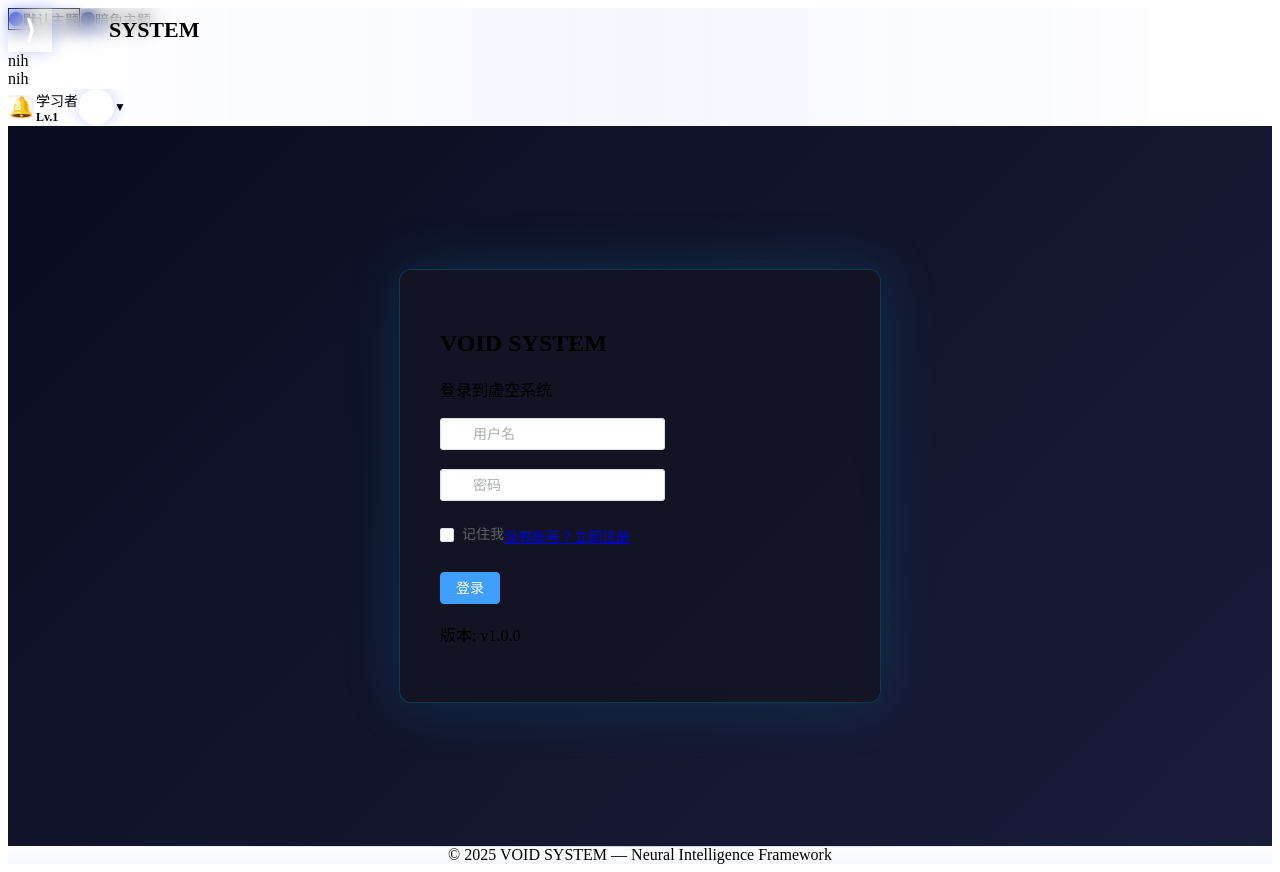
Repository: Void-Creator-Deity/Void-System
Page: /settings (app in void-system-frontend/)
The author's editor kept a copy of each file at every save. The page is drawn from the files as they stood at one save, then again after the next save.
The browser window is 1280 px wide. The pictures show the whole page.
The project was rebuilt for these pictures with package versions that can differ from the ones it lists, and the page was loaded fresh each time. Also part of the build but not shown: void-system-frontend/vite.config.js.

Above is the page before, as saved 2025-11-20 20:26:12.

### void-system-frontend/index.html
<!doctype html>
<html lang="en">
  <head>
    <meta charset="UTF-8" />
    <link rel="icon" type="image/svg+xml" href="/vite.svg" />
    <meta name="viewport" content="width=device-width, initial-scale=1.0" />
    <title>void-system-frontend</title>
  </head>
  <body>
    <div id="app"></div>
    <script type="module" src="/src/main.js"></script>
  </body>
</html>

### void-system-frontend/src/App.vue
<template>
  <div id="app">
    <!-- 加载遮罩 -->
    <div v-if="isLoading" class="loading-overlay">
      <div class="loading"></div>
      <div class="loading-text">系统初始化中...</div>
    </div>

    <!-- 主题切换按钮 -->
    <div class="theme-switcher">
      <button
        v-for="theme in themes"
        :key="theme.id"
        class="theme-btn"
        :class="{ active: currentTheme === theme.id }"
        :style="{ '--theme-color': theme.color }"
        @click="switchTheme(theme.id)"
        :title="theme.name"
      >
        <span class="theme-dot"></span>
        <span class="theme-name">{{ theme.name }}</span>
      </button>
    </div>

    <!-- 系统顶栏 -->
    <header class="header">
      <div class="container flex items-center justify-between">
        <div class="logo-area flex items-center gap-md">
          <div class="logo">
            <span class="logo-symbol">⟩</span>
          </div>
          <h1 class="system-title">
            <span class="title-void">VOID</span>
            <span class="title-system">SYSTEM</span>
          </h1>
        </div>
        <div>nih</div>
        <!-- 桌面端导航 -->
        <nav class="nav-links flex gap-md">
          <NavItem to="/" icon="🏠">首页</NavItem>
          <NavItem to="/ai" icon="⌨️">AI控制台</NavItem>
          <NavItem to="/advisor" icon="🧠">学习顾问</NavItem>
          <NavItem to="/qa" icon="❓">知识问答</NavItem>
          <NavItem to="/settings" icon="⚙️">系统设置</NavItem>
        </nav>
        <div>nih</div>
        <!-- 移动端菜单按钮 -->
        <button class="mobile-menu-btn" @click="toggleMobileMenu">
          <span class="menu-icon">☰</span>
        </button>

        <!-- 用户信息 -->
        <div class="user-area flex items-center gap-md">
          <!-- 通知中心 -->
          <div class="notification-center">
            <button class="notification-btn" @click="handleNotificationClick">
              <span class="notification-icon">🔔</span>
              <span v-if="notificationCount > 0" class="notification-badge">{{ notificationCount }}</span>
            </button>
          </div>

          <!-- 用户信息 -->
          <div class="user-profile flex items-center gap-sm">
            <div class="user-details">
              <div class="user-name">{{ userName }}</div>
              <div class="user-level">Lv.{{ userLevel }}</div>
            </div>
            <div class="user-avatar">
              <span>{{ userAvatar }}</span>
            </div>
            <button class="user-menu-btn" @click="toggleUserMenu">
              <span>▼</span>
            </button>
          </div>

          <!-- 用户下拉菜单 -->
          <div v-if="showUserMenu" class="user-dropdown">
            <div class="dropdown-item" @click="goToProfile">个人资料</div>
            <div class="dropdown-item" @click="goToSettings">系统设置</div>
            <div class="dropdown-divider"></div>
            <div class="dropdown-item logout" @click="logout">退出登录</div>
          </div>
        </div>
      </div>
    </header>

    <!-- 主界面内容区 -->
    <main class="main">
      <div class="container">
        <RouterView />
      </div>
    </main>

    <!-- 底部系统信息栏 -->
    <footer class="footer">
      <div class="container">
        <div class="system-info">
          <div class="copyright text-center text-sm text-muted">
            © {{ new Date().getFullYear() }} VOID SYSTEM — Neural Intelligence Framework
          </div>
        </div>
      </div>
    </footer>

    <!-- 移动端导航菜单 -->
    <div v-if="showMobileMenu" class="mobile-nav-overlay">
      <div class="mobile-nav">
        <button class="mobile-close-btn" @click="toggleMobileMenu">×</button>
        <div class="mobile-nav-links flex flex-col gap-lg">
          <NavItem to="/" icon="🏠" @click="toggleMobileMenu">首页</NavItem>
          <NavItem to="/ai" icon="⌨️" @click="toggleMobileMenu">AI控制台</NavItem>
          <NavItem to="/advisor" icon="🧠" @click="toggleMobileMenu">学习顾问</NavItem>
          <NavItem to="/qa" icon="❓" @click="toggleMobileMenu">知识问答</NavItem>
          <NavItem to="/settings" icon="⚙️" @click="toggleMobileMenu">系统设置</NavItem>
        </div>
      </div>
    </div>
  </div>
</template>

<script setup>
import { RouterLink, RouterView, useRouter } from 'vue-router'
import { ref, onMounted } from 'vue'

// 导航项组件
import { h } from 'vue'
const router = useRouter()

// 状态管理
const isLoading = ref(false)
const showMobileMenu = ref(false)
const showUserMenu = ref(false)
const notificationCount = ref(3)
const userName = ref('学习者')
const userLevel = ref(1)
const userAvatar = ref('U')
const currentTheme = ref('default')

// 可用主题列表
const themes = [
  { id: 'default', name: '默认主题', color: '#4361ee' },
  { id: 'dark', name: '暗色主题', color: '#1e3a8a' }
]

// 导航项组件增强
const NavItem = (props, { slots, emit }) => {
  return h(RouterLink,
    {
      to: props.to,
      class: 'nav-item',
      custom: true,
      vSlots: {
        default: ({ isActive }) => h('div',
          {
            class: ['nav-link', isActive ? 'active' : ''],
            onClick: () => props.onClick && props.onClick()
          },
          [
            h('span', { class: 'nav-icon' }, props.icon),
            h('span', { class: 'nav-text' }, slots.default()),
            isActive ? h('div', { class: 'nav-indicator' }) : null
          ]
        )
      }
    }
  )
}
NavItem.props = ['to', 'icon', 'onClick']

// 方法定义
const switchTheme = (themeId) => {
  currentTheme.value = themeId
  // 更新body的data-theme属性
  if (themeId === 'default') {
    document.body.removeAttribute('data-theme')
  } else {
    document.body.setAttribute('data-theme', themeId)
  }
  // 保存到localStorage以便下次加载时使用
  localStorage.setItem('void-system-theme', themeId)
}

const toggleMobileMenu = () => {
  showMobileMenu.value = !showMobileMenu.value
}

const toggleUserMenu = () => {
  showUserMenu.value = !showUserMenu.value
}

const handleNotificationClick = () => {
  // 处理通知点击逻辑
  notificationCount.value = 0
}

const goToProfile = () => {
  showUserMenu.value = false
  // 跳转到个人资料页面
}

const goToSettings = () => {
  showUserMenu.value = false
  router.push('/settings')
}

const logout = () => {
  showUserMenu.value = false
  // 处理退出登录逻辑
  router.push('/login')
}

// 生命周期钩子
onMounted(() => {
  // 从localStorage加载主题设置
  const savedTheme = localStorage.getItem('void-system-theme')
  if (savedTheme) {
    switchTheme(savedTheme)
  }

  // 模拟加载完成
  setTimeout(() => {
    isLoading.value = false
  }, 500)
})
</script>

<style scoped>
/* 加载遮罩 - 游戏化启动效果 */
.loading-overlay {
  position: fixed;
  top: 0;
  left: 0;
  right: 0;
  bottom: 0;
  background-color: var(--color-bg-primary);
  background-image: radial-gradient(circle at center, rgba(67, 97, 238, 0.1) 0%, transparent 70%);
  display: flex;
  flex-direction: column;
  align-items: center;
  justify-content: center;
  gap: var(--spacing-lg);
  z-index: 9999;
}

.loading {
  width: 60px;
  height: 60px;
  border: 4px solid var(--color-bg-tertiary);
  border-top-color: var(--color-primary);
  border-radius: 50%;
  animation: spin 1s linear infinite;
  box-shadow: 0 0 20px rgba(67, 97, 238, 0.3);
}

.loading-text {
  color: var(--color-text-primary);
  font-weight: 600;
  font-size: 1.125rem;
  background: linear-gradient(90deg, var(--color-primary-light), var(--color-secondary));
  -webkit-background-clip: text;
  -webkit-text-fill-color: transparent;
  background-clip: text;
  animation: pulse 2s ease-in-out infinite;
}

/* 主题切换器 - 游戏化设计 */
.theme-switcher {
  position: fixed;
  top: var(--spacing-lg);
  right: var(--spacing-lg);
  z-index: 100;
  display: flex;
  gap: var(--spacing-sm);
  background-color: var(--color-bg-secondary);
  border: 1px solid var(--color-border-light);
  border-radius: var(--radius-lg);
  padding: var(--spacing-xs);
  box-shadow: var(--shadow-md), var(--shadow-glow);
}

.theme-btn {
  display: flex;
  align-items: center;
  gap: var(--spacing-xs);
  padding: var(--spacing-xs) var(--spacing-sm);
  border: 1px solid transparent;
  border-radius: var(--radius-md);
  background: transparent;
  color: var(--color-text-primary);
  cursor: pointer;
  transition: all var(--transition-fast);
  position: relative;
  overflow: hidden;
}

.theme-btn::before {
  content: '';
  position: absolute;
  top: 0;
  left: -100%;
  width: 100%;
  height: 100%;
  background: linear-gradient(90deg, transparent, rgba(255, 255, 255, 0.1), transparent);
  transition: left var(--transition-normal);
}

.theme-btn:hover::before {
  left: 100%;
}

.theme-btn:hover {
  background-color: var(--color-bg-tertiary);
}

.theme-btn.active {
  background-color: var(--color-bg-tertiary);
  border-color: var(--color-primary);
  box-shadow: 0 0 10px rgba(67, 97, 238, 0.2);
}

.theme-dot {
  width: 14px;
  height: 14px;
  border-radius: 50%;
  background-color: var(--theme-color);
  box-shadow: 0 0 8px var(--theme-color);
}

.theme-name {
  font-size: 0.875rem;
  font-weight: 500;
}

/* 顶栏样式 - 游戏化界面 */
.header {
  background-color: var(--color-bg-primary);
  background-image: linear-gradient(to right, transparent, rgba(67, 97, 238, 0.05), transparent);
  border-bottom: 1px solid var(--color-border-light);
  padding: var(--spacing-md) 0;
  position: sticky;
  top: 0;
  z-index: 100;
  backdrop-filter: blur(10px);
}

.logo-area {
  display: flex;
  align-items: center;
  gap: var(--spacing-md);
}

.logo {
  width: 44px;
  height: 44px;
  border-radius: var(--radius-md);
  background: linear-gradient(135deg, var(--color-primary), var(--color-primary-dark));
  display: flex;
  align-items: center;
  justify-content: center;
  color: white;
  font-size: 1.625rem;
  font-weight: bold;
  box-shadow: 0 0 15px rgba(67, 97, 238, 0.3);
  position: relative;
  overflow: hidden;
}

.logo::before {
  content: '';
  position: absolute;
  top: 0;
  left: -100%;
  width: 100%;
  height: 100%;
  background: linear-gradient(90deg, transparent, rgba(255, 255, 255, 0.2), transparent);
  animation: logoShine 3s linear infinite;
}

@keyframes logoShine {
  0% { left: -100%; }
  100% { left: 100%; }
}

.system-title {
  font-size: 1.375rem;
  font-weight: 700;
  display: flex;
  gap: var(--spacing-xs);
  margin: 0;
  position: relative;
}

.title-void {
  background: linear-gradient(90deg, var(--color-primary-light), var(--color-primary));
  -webkit-background-clip: text;
  -webkit-text-fill-color: transparent;
  background-clip: text;
  text-shadow: 0 0 10px rgba(67, 97, 238, 0.2);
}

.title-system {
  color: var(--color-text-secondary);
  font-weight: 600;
}

/* 导航样式 - 游戏化菜单项 */
.nav-links {
  display: flex;
  gap: var(--spacing-sm);
}

.nav-link {
  display: flex;
  align-items: center;
  gap: var(--spacing-xs);
  padding: var(--spacing-sm) var(--spacing-md);
  color: var(--color-text-secondary);
  text-decoration: none;
  border-radius: var(--radius-md);
  transition: all var(--transition-fast);
  position: relative;
  overflow: hidden;
  border: 1px solid transparent;
}

.nav-link::before {
  content: '';
  position: absolute;
  top: 0;
  left: -100%;
  width: 100%;
  height: 100%;
  background: linear-gradient(90deg, transparent, rgba(67, 97, 238, 0.1), transparent);
  transition: left var(--transition-normal);
}

.nav-link:hover::before {
  left: 100%;
}

.nav-link:hover {
  background-color: var(--color-bg-secondary);
  color: var(--color-text-primary);
  border-color: var(--color-border-light);
}

.nav-link.active {
  color: var(--color-primary);
  background-color: rgba(67, 97, 238, 0.08);
  border-color: rgba(67, 97, 238, 0.3);
}

.nav-link.active .nav-indicator {
  position: absolute;
  bottom: 0;
  left: 0;
  width: 100%;
  height: 2px;
  background: linear-gradient(90deg, var(--color-primary-light), var(--color-primary));
  border-radius: var(--radius-full);
  animation: navIndicatorGlow 2s ease-in-out infinite;
}

@keyframes navIndicatorGlow {
  0%, 100% { opacity: 0.8; }
  50% { opacity: 1; box-shadow: 0 0 10px rgba(67, 97, 238, 0.5); }
}

.nav-icon {
  font-size: 1.25rem;
  transition: transform var(--transition-fast);
}

.nav-link:hover .nav-icon {
  transform: scale(1.1);
}

.nav-text {
  font-weight: 500;
}

/* 用户区域 - 游戏化用户面板 */
.user-area {
  display: flex;
  align-items: center;
  gap: var(--spacing-md);
}

.notification-btn {
  position: relative;
  background: transparent;
  border: 1px solid transparent;
  font-size: 1.25rem;
  cursor: pointer;
  padding: var(--spacing-sm);
  border-radius: var(--radius-md);
  transition: all var(--transition-fast);
  position: relative;
  overflow: hidden;
}

.notification-btn::before {
  content: '';
  position: absolute;
  top: 0;
  left: -100%;
  width: 100%;
  height: 100%;
  background: linear-gradient(90deg, transparent, rgba(255, 255, 255, 0.1), transparent);
  transition: left var(--transition-normal);
}

.notification-btn:hover::before {
  left: 100%;
}

.notification-btn:hover {
  background-color: var(--color-bg-secondary);
  border-color: var(--color-border-light);
  transform: scale(1.05);
}

.notification-badge {
  position: absolute;
  top: 2px;
  right: 2px;
  min-width: 18px;
  height: 18px;
  padding: 0 5px;
  background: linear-gradient(135deg, var(--color-error), #dc2626);
  color: white;
  font-size: 0.75rem;
  font-weight: 600;
  border-radius: 9px;
  display: flex;
  align-items: center;
  justify-content: center;
  box-shadow: 0 0 10px rgba(239, 68, 68, 0.3);
  animation: pulse 2s ease-in-out infinite;
}

.user-profile {
  display: flex;
  align-items: center;
  gap: var(--spacing-sm);
  padding: var(--spacing-xs);
  border-radius: var(--radius-md);
  cursor: pointer;
  transition: all var(--transition-fast);
  border: 1px solid transparent;
  position: relative;
  overflow: hidden;
}

.user-profile::before {
  content: '';
  position: absolute;
  top: 0;
  left: -100%;
  width: 100%;
  height: 100%;
  background: linear-gradient(90deg, transparent, rgba(255, 255, 255, 0.1), transparent);
  transition: left var(--transition-normal);
}

.user-profile:hover::before {
  left: 100%;
}

.user-profile:hover {
  background-color: var(--color-bg-secondary);
  border-color: var(--color-border-light);
}

.user-details {
  display: flex;
  flex-direction: column;
}

.user-name {
  font-weight: 500;
  color: var(--color-text-primary);
  font-size: 0.875rem;
}

.user-level {
  font-size: 0.75rem;
  color: var(--color-primary);
  font-weight: 600;
  text-shadow: 0 0 5px rgba(67, 97, 238, 0.2);
}

.user-avatar {
  width: 36px;
  height: 36px;
  border-radius: 50%;
  background: linear-gradient(135deg, var(--color-primary), var(--color-secondary));
  color: white;
  display: flex;
  align-items: center;
  justify-content: center;
  font-weight: 600;
  font-size: 1rem;
  box-shadow: 0 0 15px rgba(67, 97, 238, 0.3);
  position: relative;
  overflow: hidden;
}

.user-avatar::after {
  content: '';
  position: absolute;
  top: 0;
  left: 0;
  right: 0;
  bottom: 0;
  background: linear-gradient(135deg, transparent, rgba(255, 255, 255, 0.2), transparent);
}

.user-menu-btn {
  background: transparent;
  border: none;
  font-size: 0.75rem;
  color: var(--color-text-muted);
  cursor: pointer;
  padding: var(--spacing-xs);
  transition: all var(--transition-fast);
}

.user-menu-btn:hover {
  color: var(--color-text-primary);
  transform: translateY(1px);
}

/* 用户下拉菜单 - 游戏化菜单设计 */
.user-dropdown {
  position: absolute;
  top: calc(100% + var(--spacing-sm));
  right: var(--spacing-md);
  background-color: var(--color-bg-secondary);
  border: 1px solid var(--color-border-light);
  border-radius: var(--radius-lg);
  box-shadow: var(--shadow-lg), 0 0 15px rgba(0, 0, 0, 0.1);
  padding: var(--spacing-xs) 0;
  min-width: 180px;
  z-index: 101;
  position: relative;
  overflow: hidden;
}

.user-dropdown::before {
  content: '';
  position: absolute;
  top: 0;
  left: 0;
  right: 0;
  height: 2px;
  background: linear-gradient(90deg, var(--color-primary), var(--color-secondary));
}

.dropdown-item {
  padding: var(--spacing-sm) var(--spacing-md);
  color: var(--color-text-primary);
  cursor: pointer;
  transition: all var(--transition-fast);
  position: relative;
  overflow: hidden;
  font-size: 0.875rem;
}

.dropdown-item::before {
  content: '';
  position: absolute;
  top: 0;
  left: -100%;
  width: 100%;
  height: 100%;
  background: linear-gradient(90deg, transparent, rgba(67, 97, 238, 0.1), transparent);
  transition: left var(--transition-normal);
}

.dropdown-item:hover::before {
  left: 100%;
}

.dropdown-item:hover {
  background-color: var(--color-bg-tertiary);
  transform: translateX(3px);
}

.dropdown-divider {
  height: 1px;
  background-color: var(--color-border);
  margin: var(--spacing-xs) 0;
}

.dropdown-item.logout {
  color: var(--color-error);
  font-weight: 500;
}

.dropdown-item.logout:hover {
  background-color: rgba(239, 68, 68, 0.1);
}

/* 移动端菜单按钮 */
.mobile-menu-btn {
  display: none;
  background: transparent;
  border: none;
  font-size: 1.5rem;
  cursor: pointer;
  padding: var(--spacing-sm);
  border-radius: var(--radius-md);
  transition: background-color var(--transition-fast);
}

.mobile-menu-btn:hover {
  background-color: var(--color-bg-secondary);
}

/* 主内容区 - 游戏化内容区域 */
.main {
  flex: 1;
  padding: var(--spacing-xl) 0;
  background: linear-gradient(180deg, transparent 0%, rgba(67, 97, 238, 0.03) 100%);
  position: relative;
  overflow: hidden;
}

.main::before {
  content: '';
  position: absolute;
  top: 0;
  left: 0;
  right: 0;
  bottom: 0;
  background-image:
    radial-gradient(circle at 20% 30%, rgba(67, 97, 238, 0.05) 0%, transparent 40%),
    radial-gradient(circle at 80% 70%, rgba(67, 97, 238, 0.05) 0%, transparent 40%);
  pointer-events: none;
}

/* 底部样式 - 游戏化界面 */
.footer {
  background-color: var(--color-bg-primary);
  background-image: linear-gradient(to top, rgba(67, 97, 238, 0.05), transparent);
  border-top: 1px solid var(--color-border-light);
  padding: var(--spacing-lg) 0;
  position: relative;
  overflow: hidden;
}

.footer::before {
  content: '';
  position: absolute;
  top: 0;
  left: 0;
  right: 0;
  height: 1px;
  background: linear-gradient(90deg, transparent, rgba(67, 97, 238, 0.3), transparent);
}

.system-info {
  text-align: center;
}

/* 游戏化数据卡片效果 */
.stat-card {
  background: linear-gradient(135deg, var(--color-bg-secondary) 0%, var(--color-bg-tertiary) 100%);
  border: 1px solid var(--color-border-light);
  border-radius: var(--radius-lg);
  padding: var(--spacing-lg);
  transition: all var(--transition-normal);
  position: relative;
  overflow: hidden;
  box-shadow: var(--shadow-md);
}

.stat-card::before {
  content: '';
  position: absolute;
  top: 0;
  left: 0;
  right: 0;
  height: 3px;
  background: linear-gradient(90deg, var(--color-primary), var(--color-secondary));
}

.stat-card:hover {
  transform: translateY(-5px);
  box-shadow: var(--shadow-lg), 0 0 20px rgba(67, 97, 238, 0.1);
  border-color: rgba(67, 97, 238, 0.3);
}

.stat-icon {
  width: 48px;
  height: 48px;
  border-radius: var(--radius-md);
  background: linear-gradient(135deg, var(--color-primary-light), var(--color-primary));
  display: flex;
  align-items: center;
  justify-content: center;
  font-size: 1.5rem;
  color: white;
  box-shadow: 0 0 15px rgba(67, 97, 238, 0.2);
  margin-bottom: var(--spacing-md);
}

.stat-value {
  font-size: 1.75rem;
  font-weight: 700;
  color: var(--color-text-primary);
  margin-bottom: var(--spacing-xs);
}

.stat-label {
  font-size: 0.875rem;
  color: var(--color-text-secondary);
}

.stat-change {
  font-size: 0.75rem;
  font-weight: 500;
  padding: 2px 6px;
  border-radius: var(--radius-sm);
  display: inline-flex;
  align-items: center;
  gap: 2px;
}

.stat-change.positive {
  background-color: rgba(34, 197, 94, 0.1);
  color: var(--color-success);
}

.stat-change.negative {
  background-color: rgba(239, 68, 68, 0.1);
  color: var(--color-error);
}

/* 移动端导航覆盖 */
.mobile-nav-overlay {
  position: fixed;
  top: 0;
  left: 0;
  right: 0;
  bottom: 0;
  background-color: rgba(0, 0, 0, 0.5);
  z-index: 200;
  display: flex;
  align-items: center;
  justify-content: center;
}

.mobile-nav {
  background-color: var(--color-bg-primary);
  border-radius: var(--radius-lg);
  padding: var(--spacing-lg);
  width: 90%;
  max-width: 400px;
  max-height: 80vh;
  overflow-y: auto;
  position: relative;
}

.mobile-close-btn {
  position: absolute;
  top: var(--spacing-md);
  right: var(--spacing-md);
  background: transparent;
  border: none;
  font-size: 1.5rem;
  cursor: pointer;
  padding: var(--spacing-xs);
  border-radius: var(--radius-md);
  transition: background-color var(--transition-fast);
}

.mobile-close-btn:hover {
  background-color: var(--color-bg-secondary);
}

.mobile-nav-links {
  margin-top: var(--spacing-lg);
}

.mobile-nav-links .nav-link {
  padding: var(--spacing-md);
  font-size: 1.125rem;
}

/* 响应式设计 - 游戏化界面适配 */
@media (max-width: 1024px) {
  .nav-links {
    display: none;
  }

  .mobile-menu-btn {
    display: block;
  }

  /* 游戏化元素缩放 */
  .logo {
    width: 40px;
    height: 40px;
    font-size: 1.5rem;
  }

  .system-title {
    font-size: 1.25rem;
  }
}

@media (max-width: 768px) {
  .logo-area {
    gap: var(--spacing-sm);
  }

  .system-title {
    font-size: 1rem;
  }

  .user-details {
    display: none;
  }

  .theme-switcher {
    top: var(--spacing-md);
    right: var(--spacing-md);
  }

  .theme-name {
    display: none;
  }

  .main {
    padding: var(--spacing-lg) 0;
  }

  /* 移动端游戏化效果 */
  .stat-card {
    padding: var(--spacing-md);
  }

  .stat-icon {
    width: 40px;
    height: 40px;
    font-size: 1.25rem;
  }

  .stat-value {
    font-size: 1.5rem;
  }
}

@media (max-width: 640px) {
  .header {
    padding: var(--spacing-sm) 0;
  }

  .logo {
    width: 32px;
    height: 32px;
    font-size: 1.25rem;
  }

  .system-title {
    font-size: 0.875rem;
  }

  .main {
    padding: var(--spacing-md) 0;
  }

  /* 移动端优化 */
  .mobile-nav-icon {
    font-size: 1.25rem;
  }

  .notification-btn, .user-menu-btn {
    padding: var(--spacing-xs);
  }
}

/* 平滑滚动效果 */
html {
  scroll-behavior: smooth;
}

/* 选择文本样式 */
::selection {
  background-color: rgba(67, 97, 238, 0.2);
  color: var(--color-primary);
}

/* 焦点状态样式 */
button:focus,
a:focus,
input:focus,
textarea:focus,
select:focus {
  outline: 2px solid var(--color-primary);
  outline-offset: 2px;
  box-shadow: 0 0 0 4px rgba(67, 97, 238, 0.1);
}
</style>

Loaded but not shown: void-system-frontend/src/api/user.js (87 lines, source omitted); void-system-frontend/src/router/index.js (83 lines, source omitted); void-system-frontend/src/main.js (19 lines, source omitted); void-system-frontend/src/api/index.js (11 lines, source omitted); void-system-frontend/src/pages/Login.vue (147 lines, source omitted)

After the next save:
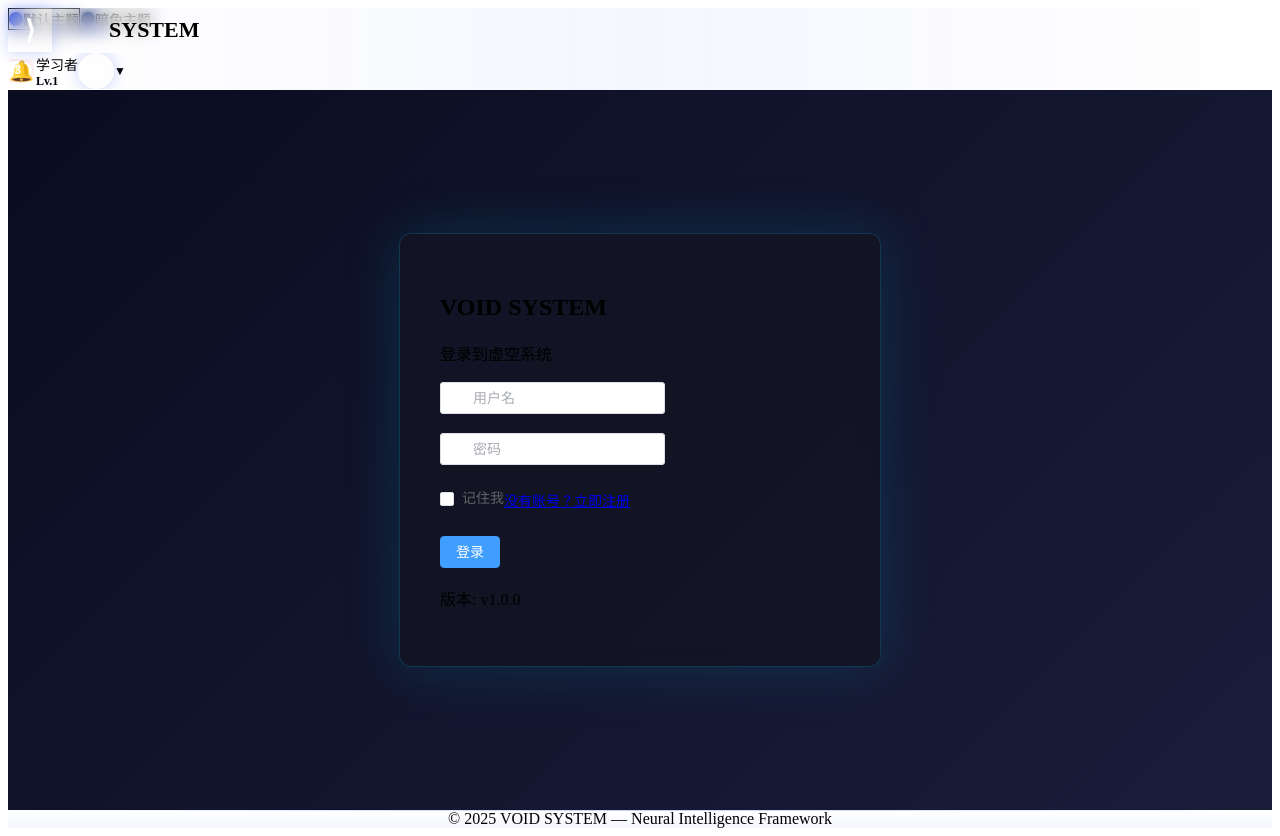
Saved 2 min 48 s later.
--- a/void-system-frontend/src/App.vue
+++ b/void-system-frontend/src/App.vue
@@ -34,7 +34,6 @@
             <span class="title-system">SYSTEM</span>
           </h1>
         </div>
-        <div>nih</div>
         <!-- 桌面端导航 -->
         <nav class="nav-links flex gap-md">
           <NavItem to="/" icon="🏠">首页</NavItem>
@@ -43,7 +42,6 @@
           <NavItem to="/qa" icon="❓">知识问答</NavItem>
           <NavItem to="/settings" icon="⚙️">系统设置</NavItem>
         </nav>
-        <div>nih</div>
         <!-- 移动端菜单按钮 -->
         <button class="mobile-menu-btn" @click="toggleMobileMenu">
           <span class="menu-icon">☰</span>
@@ -890,7 +888,7 @@ onMounted(() => {
 }
 
 /* 响应式设计 - 游戏化界面适配 */
-@media (max-width: 1024px) {
+@media (max-width: 480px) {
   .nav-links {
     display: none;
   }
